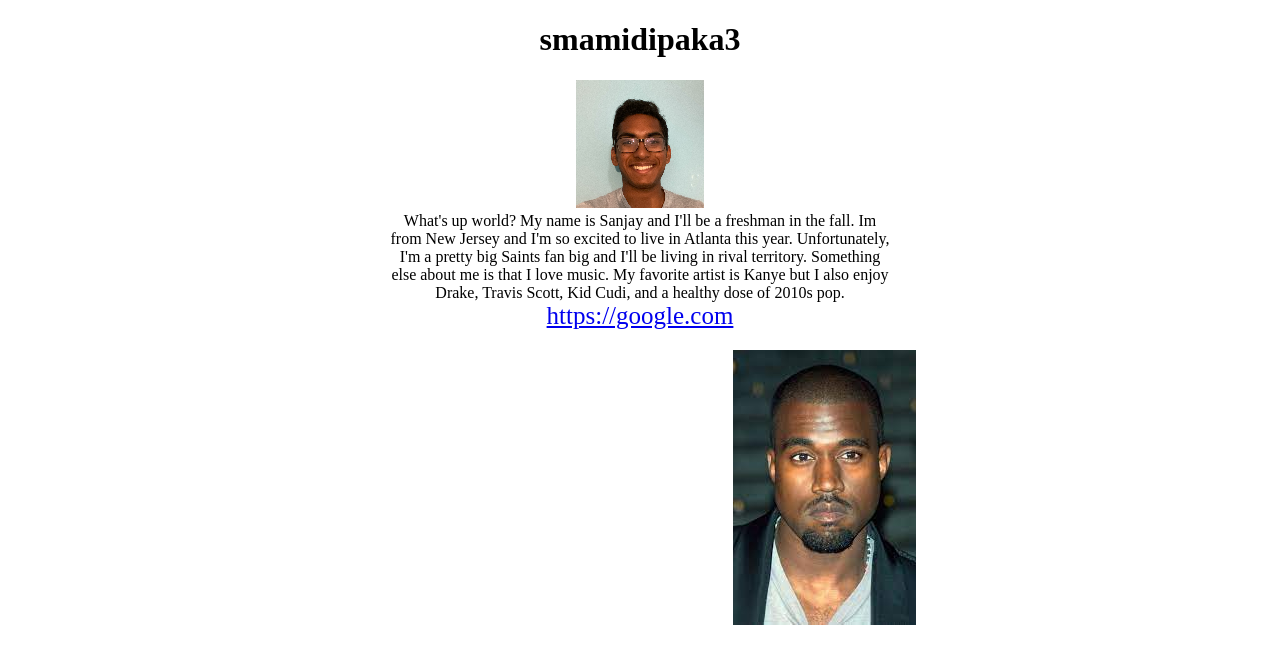
Repository: sanjayMamidipaka/cs1301
Page: lab01/index.html
An editor plug-in stored every save of this project. The page is shown before and after the next save, followed by the edit.
The browser window is 1280 px wide. The pictures show the whole page.

Above is the page before, as saved 2021-07-22 16:20:31.

### lab01/index.html
<!DOCTYPE html>

<head>
    <link rel="stylesheet" href="style.css">
  </head>

  <div class = "h1">
    <h1>smamidipaka3</h1>

    <img src="image.png" alt="My Picture">
    <p class = 'description'>
        What's up world? My name is Sanjay and I'll be a freshman in the fall. Im from New Jersey and I'm so excited to live in Atlanta this year.
        Unfortunately, I'm a pretty big Saints fan big and I'll be living in rival territory. Something else about me is that I love music. My favorite artist is Kanye but
        I also enjoy Drake, Travis Scott, Kid Cudi, and a healthy dose of 2010s pop.
    </p>

    <a class='link' href="https://google.com">https://google.com</a>

    <a href="https://www.kanyewest.com/" >
        <img class='kanye' src="kanye.jpeg" alt="The GOAT's pic">
    </a>
  </div>

### lab01/style.css
.h1 {
    text-align: center
}

.description {
    width: 500px;
    text-align: center;
    margin: auto;
}

.link {
    font-size: 25px;
}

.kanye {
    text-align: center;
    position: absolute;
    top: 350px;
}

After the next save:
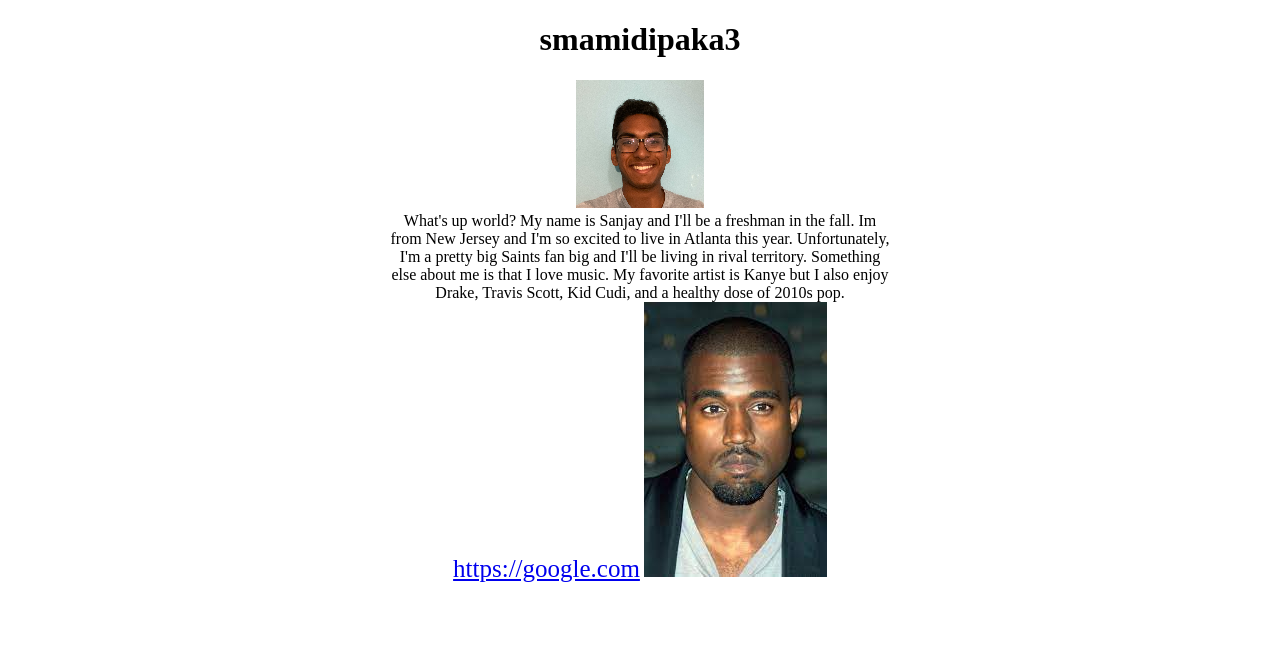
Saved 12 s later.
--- a/lab01/style.css
+++ b/lab01/style.css
@@ -13,7 +13,4 @@
 }
 
 .kanye {
-    text-align: center;
-    position: absolute;
-    top: 350px;
 }
